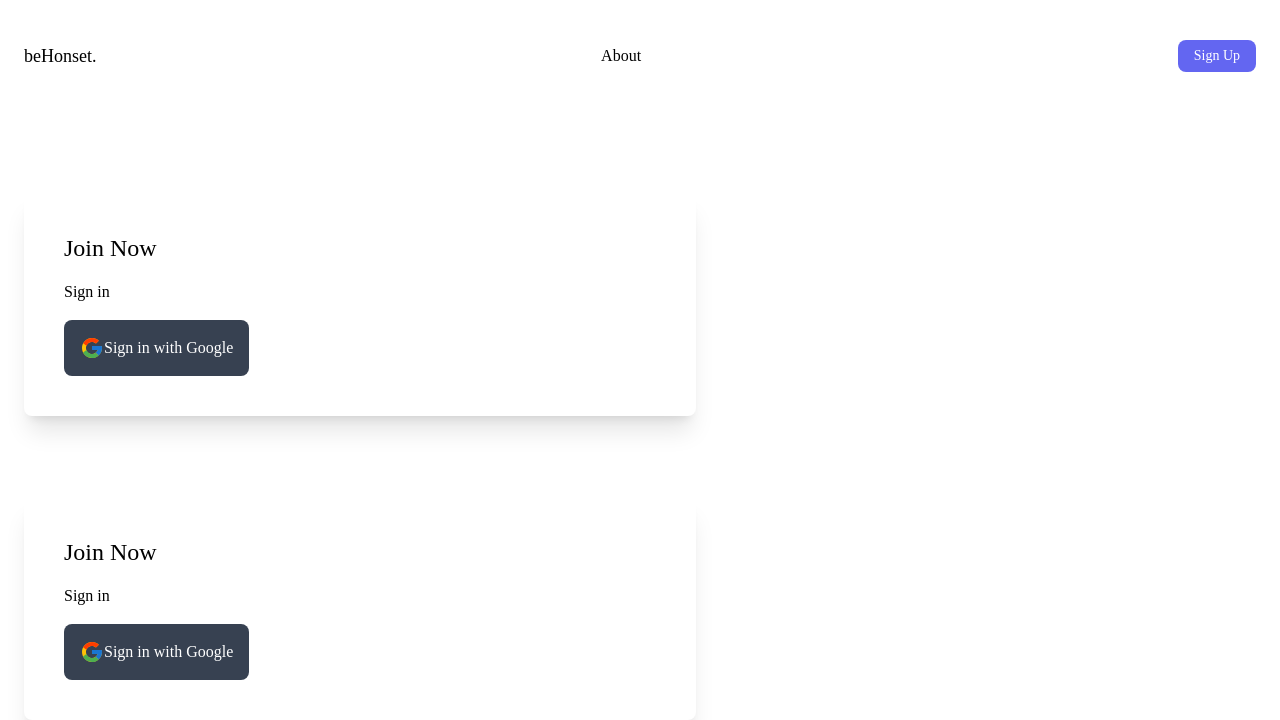
Repository: aidenfine/be-honset
Page: /login
The author's editor kept a copy of each file at every save. The page is drawn from the files as they stood at one save, then again after the next save.
The browser window is 1280 px wide. The pictures show the whole page.
The page's requests for data from a server got no answer. The project was rebuilt for these pictures with package versions that can differ from the ones it lists, and the page was loaded fresh each time. The framework's server and built-in components were replaced by stand-ins that run in the browser. No one was signed in, and anything a server would have sent is missing. Also part of the build but not shown: next.config.js.

Above is the page before, as saved 2022-10-26 22:10:56.

### pages/_app.js
import '../styles/globals.css'
import Layout from '../components/layout'
import { ToastContainer } from 'react-toastify'
import 'react-toastify/dist/ReactToastify.css';



function MyApp({ Component, pageProps }) {
  return(
    <Layout>
      <ToastContainer limit={2}/>
        <Component {...pageProps} />
    </Layout>

  )
}

export default MyApp

### pages/login.js
import { FcGoogle } from "react-icons/fc"
import { signInWithPopup, GoogleAuthProvider} from "firebase/auth"
import { auth } from "../utils/firebase";
import {useRouter} from "next/router"
import { useAuthState } from 'react-firebase-hooks/auth'
import { useEffect } from "react";






export default function Login(){
    const route = useRouter();
    const [user, loading] = useAuthState(auth);

    // Google Sign in

    const googleProvider = new GoogleAuthProvider();
    const GoogleLogin = async () => {
        try {
            const result = await signInWithPopup(auth, googleProvider)
            route.push("/")
            console.log("logged in")
        } catch (error) {
            console.log(error)

        }
    }

    useEffect(()=>{
        if(user){
            route.push('/');
        }else{
            console.log("login")
        }

    }, [user]);
    return(
    <div className="grid-cols-1">
        <div className="justify-center items-center shadow-xl w-15 md:max-w-2xl mt-20  p-10 text-black rounded-lg bg-white">
            <h2 className="text-2xl font-medium">Join Now</h2>
            <div>
                <h3 className="py-4">Sign in</h3>
                <button onClick={GoogleLogin} className="text-white bg-gray-700 w-65 font font-medium rounded-lg flex align-middle p-4">
                    <FcGoogle className="text-2xl"/>
                    Sign in with Google
                </button>
            </div>
        </div>

        <div className="justify-center items-center shadow-xl w-15 md:max-w-2xl mt-20  p-10 text-black rounded-lg bg-white">
            <h2 className="text-2xl font-medium">Join Now</h2>
            <div>
                <h3 className="py-4">Sign in</h3>
                <button onClick={GoogleLogin} className="text-white bg-gray-700 w-65 font font-medium rounded-lg flex align-middle p-4">
                    <FcGoogle className="text-2xl"/>
                    Sign in with Google
                </button>
            </div>
        </div>
    </div>


    )
}

### styles/globals.css
@tailwind base;
@tailwind components;
@tailwind utilities;


* {


}

### components/layout.js
import Nav from "./Nav";

export default function Layout({ children }){
    return(
        <div className="mx-6 md:max-w-10xl md-mx-auto font-montserrat">
            <Nav />
            <main>{children}</main>
        </div>
    )
}

### utils/firebase.js
// Import the functions you need from the SDKs you need
import { initializeApp } from "firebase/app";
import {getAuth} from 'firebase/auth';
import {getFirestore} from 'firebase/firestore'
// TODO: Add SDKs for Firebase products that you want to use
// https://firebase.google.com/docs/web/setup#available-libraries

// Your web app's Firebase configuration
// For Firebase JS SDK v7.20.0 and later, measurementId is optional
const firebaseConfig = {
  apiKey: process.env.NEXT_PUBLIC_API_KEY,
  authDomain: process.env.NEXT_PUBLIC_AUTH_DOMAIN,
  projectId: process.env.NEXT_PUBLIC_PROJECT_ID,
  storageBucket: process.env.NEXT_PUBLIC_STORAGE_BUCKET,
  messagingSenderId: process.env.NEXT_PUBLIC_MESSAGING_SENDER_ID,
  appId: process.env.NEXT_PUBLIC_APP_ID,
  measurementId: process.env.NEXT_PUBLIC_MEASUREMENT_ID
};

// Initialize Firebase
const app = initializeApp(firebaseConfig);
export const auth = getAuth();
export const db = getFirestore(app);

### components/Nav.js
import Link from "next/link"
import { auth } from "../utils/firebase"
import { useAuthState } from "react-firebase-hooks/auth"

export default function Nav(){
    const [user, loading] = useAuthState(auth);

    return(
        <nav className="flex justify-between items-center py-10">
            <Link href="/">
            <button className="text-lg font-medium text-black opacity-87" >beHonset.</button>
            </Link>
            <Link href="/about">
            <button className="flex items-center gap-2" >About</button>
            </Link>
            <ul className="flex items-center gap-10">
                {!user && (
                <Link href={"/login"} className="py-1.5 px-4 text-sm bg-indigo-500 text-white opacity-87 rounded-lg font-medium ml-8">Sign Up</Link>
            )}
            {user && (
                <div className="flex items-center gap-6">
                    <Link href="/new-post">
                    <button className="font-medium bg-indigo-500 text-white py-2 px-4 rounded-lg text-sm">Create Post</button>
                    </Link>
                    <Link href="/dashboard">
                        <img className="w-10 rounded-full cursor-pointer" referrerpolicy="no-referrer" src={user.photoURL} />

                    </Link>
                </div>
            )}
            </ul>



        </nav>
    )
}

### tailwind.config.js
/** @type {import('tailwindcss').Config} */
module.exports = {
  content: [
    "./pages/**/*.{js,ts,jsx,tsx}",
    "./components/**/*.{js,ts,jsx,tsx}",
  ],
  darkMode: 'class',
  theme: {
    extend: {
      fontFamily: {
        montserrat: 'Montserrat',
      }
    },
  },
  plugins: [],
}

After the next save:
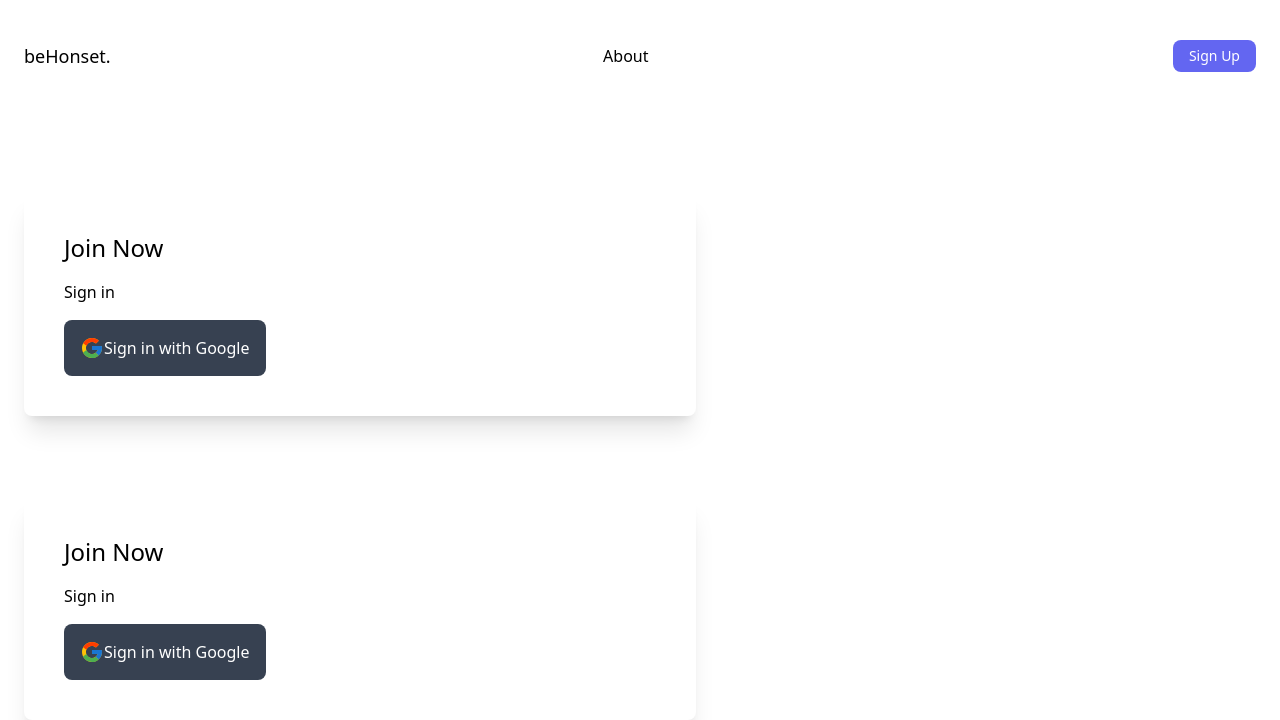
Saved 20 s later.
--- a/tailwind.config.js
+++ b/tailwind.config.js
@@ -8,7 +8,7 @@
   theme: {
     extend: {
       fontFamily: {
-        montserrat: 'Montserrat',
+        raleway: 'Raleway',
       }
     },
   },
